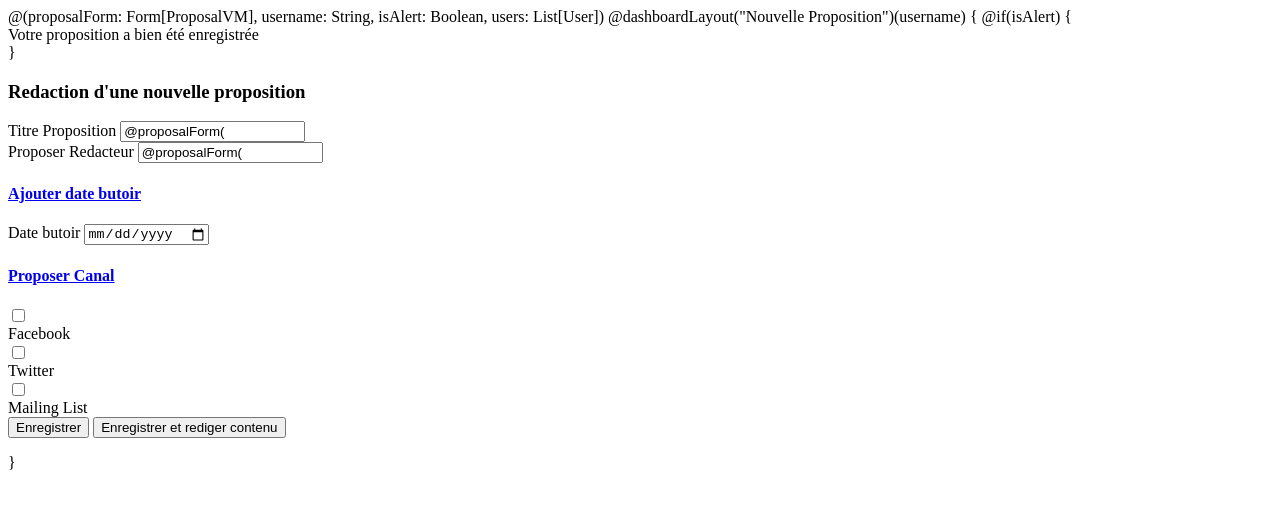
Repository: spirale-software/labo_master
Page: Application/oneDotCom/app/views/proposalForm.scala.html
These files come from the project's save history. The page is drawn as it stood at one moment and after the next save; the edit follows.
The browser window is 1280 px wide. The pictures show the whole page.

Above is the page before, as saved 2017-04-06 23:09:31.

### Application/oneDotCom/app/views/proposalForm.scala.html
@(proposalForm: Form[ProposalVM], username: String, isAlert: Boolean, users: List[User])

@dashboardLayout("Nouvelle Proposition")(username) {
	<meta content="text/html; charset=UTF-8" http-equiv="Content-Type">

	@if(isAlert) {
		<div class="alert alert-success" role="alert"> Votre proposition a bien été enregistrée</div>
	}

<div class="panel panel-default">
               <!-- Default panel contents -->
            <div class="panel-heading"><h3>Redaction d'une nouvelle proposition</h3></div>

            <form method="post" action="@routes.ProposalController.addProposalAction">
                <div class="container divProposition">
                    <div class="form-group">
                        <label for="proposalTitle">Titre Proposition</label>
                        <input type="text" class="form-control" name="@proposalForm("proposalName").name"
                               value="@proposalForm("proposalName").value" placeholder="Titre de la proposition" required>
                    </div>
                    <div class="form-group">
                        <label for="assignedWriter">Proposer Redacteur</label>
                        <input type="text" class="form-control" name="@proposalForm("proposedWriter").name" id="writer" list="suggestions"
                        	value="@proposalForm("proposedWriter").value" placeholder="Redacteur">
                    </div>

                    <datalist id="suggestions">
                    	@for(user <- users) {
                    		<option value="@user.getUsername()   <<@user.getEmail()>>">
                    	}
                    </datalist>

                    <!-- div class="form-group hidden">
                        <label for="inputCanal">Proposer Canal</label>
                        <select id="inputCanal" class="form-control" name="@proposalForm("proposedChannel").name" >
                            <option></option>
                            <option>Facebook</option>
                            <option>Twitter</option>
                            <option>Mailing List</option>
                        </select>
                    </div-->







                <div class="panel panel-default">
                	<div class="panel-heading" role="tab" id="headingTwo">
                    <h4 class="panel-title">
                        <a role="button" data-toggle="collapse" data-parent="#accordion" href="#collapseTwo"
                        	aria-expanded="false" aria-controls="collapse">
                            Ajouter date butoir
                        </a>
                    </h4>
                </div>
                <div id="collapseTwo" class="panel-collapse collapse" role="tabpanel" aria-labelledby="headingTwo">
                    <div class="panel-body">

                    	<div class="form-group">
                        	<label for="assignedWriter">Date butoir</label>
                        	<input type="date" class="form-control" name="@proposalForm("deadLine").name">
                    	</div>


                	</div>
            	</div>
        	</div>





            <div class="panel panel-default">
                <div class="panel-heading" role="tab" id="headingOne">
                    <h4 class="panel-title">
                        <a role="button" data-toggle="collapse" data-parent="#accordion" href="#collapseOne"
                        	aria-expanded="false" aria-controls="collapseOne">
                            Proposer Canal
                        </a>
                    </h4>
                </div>
                <div id="collapseOne" class="panel-collapse collapse" role="tabpanel" aria-labelledby="headingOne">
                    <div class="panel-body">

                    <div class="form-group">



                    	<div class="row proposal-collapse">

			    <div class="input-group">
			      <span class="input-group-addon">
			        <input type="checkbox" aria-label="..." name="@proposalForm("facebookAdded").name">
			      </span>
			      <div class=" form-control well well-sm">Facebook</div>
			    </div><!-- /input-group -->

			    <div class="input-group">
			      <span class="input-group-addon">
			        <input type="checkbox" aria-label="..." name="@proposalForm("twitterAdded").name">
			      </span>
			      <div class=" form-control well well-sm">Twitter</div>
			    </div><!-- /input-group -->

			    <div class="input-group">
			      <span class="input-group-addon">
			        <input type="checkbox" aria-label="..." name="@proposalForm("mailingListAdded").name">
			      </span>
			      <div class=" form-control well well-sm">Mailing List</div>
			    </div><!-- /input-group -->

			</div><!-- /.row -->
                   </div>
                </div>
            </div>

        </div>

             <div>
                 <button type="submit" class="btn btn-primary" name="action" value="save">Enregistrer</button>
                 <button type="submit" class="btn btn-primary" name="action" value="saveAndRedact">Enregistrer et rediger contenu</button>
             </div>
          </div>
       	</form>

    </div>


    <script>




    </script>

}

After the next save:
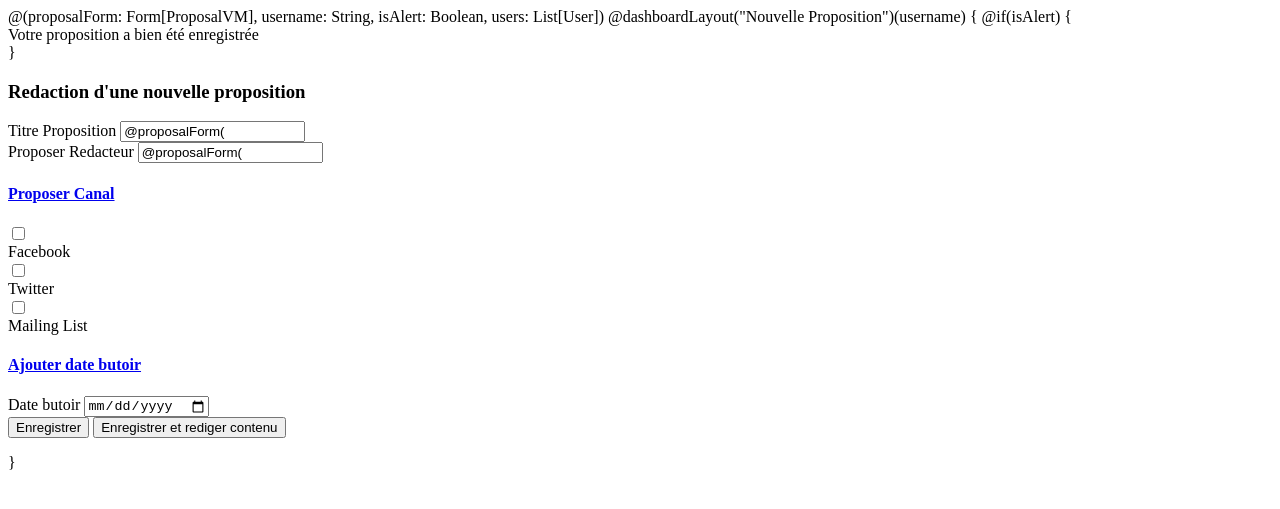
Saved 48 s later.
--- a/Application/oneDotCom/app/views/proposalForm.scala.html
+++ b/Application/oneDotCom/app/views/proposalForm.scala.html
@@ -46,27 +46,7 @@
 
 
 
-                <div class="panel panel-default">
-                	<div class="panel-heading" role="tab" id="headingTwo">
-                    <h4 class="panel-title">
-                        <a role="button" data-toggle="collapse" data-parent="#accordion" href="#collapseTwo"
-                        	aria-expanded="false" aria-controls="collapse">
-                            Ajouter date butoir
-                        </a>
-                    </h4>
-                </div>
-                <div id="collapseTwo" class="panel-collapse collapse" role="tabpanel" aria-labelledby="headingTwo">
-                    <div class="panel-body">
 
-                    	<div class="form-group">
-                        	<label for="assignedWriter">Date butoir</label>
-                        	<input type="date" class="form-control" name="@proposalForm("deadLine").name">
-                    	</div>
-
-
-                	</div>
-            	</div>
-        	</div>
 
 
 
@@ -118,6 +98,33 @@
 
         </div>
 
+
+        <div class="panel panel-default">
+                	<div class="panel-heading" role="tab" id="headingTwo">
+                    <h4 class="panel-title">
+                        <a role="button" data-toggle="collapse" data-parent="#accordion" href="#collapseTwo"
+                        	aria-expanded="false" aria-controls="collapse">
+                            Ajouter date butoir
+                        </a>
+                    </h4>
+                </div>
+                <div id="collapseTwo" class="panel-collapse collapse" role="tabpanel" aria-labelledby="headingTwo">
+                    <div class="panel-body">
+
+                    	<div class="form-group">
+                        	<label for="assignedWriter">Date butoir</label>
+                        	<input type="date" class="form-control" name="@proposalForm("deadLine").name">
+                    	</div>
+
+
+                	</div>
+            	</div>
+        	</div>
+
+
+
+
+
              <div>
                  <button type="submit" class="btn btn-primary" name="action" value="save">Enregistrer</button>
                  <button type="submit" class="btn btn-primary" name="action" value="saveAndRedact">Enregistrer et rediger contenu</button>
